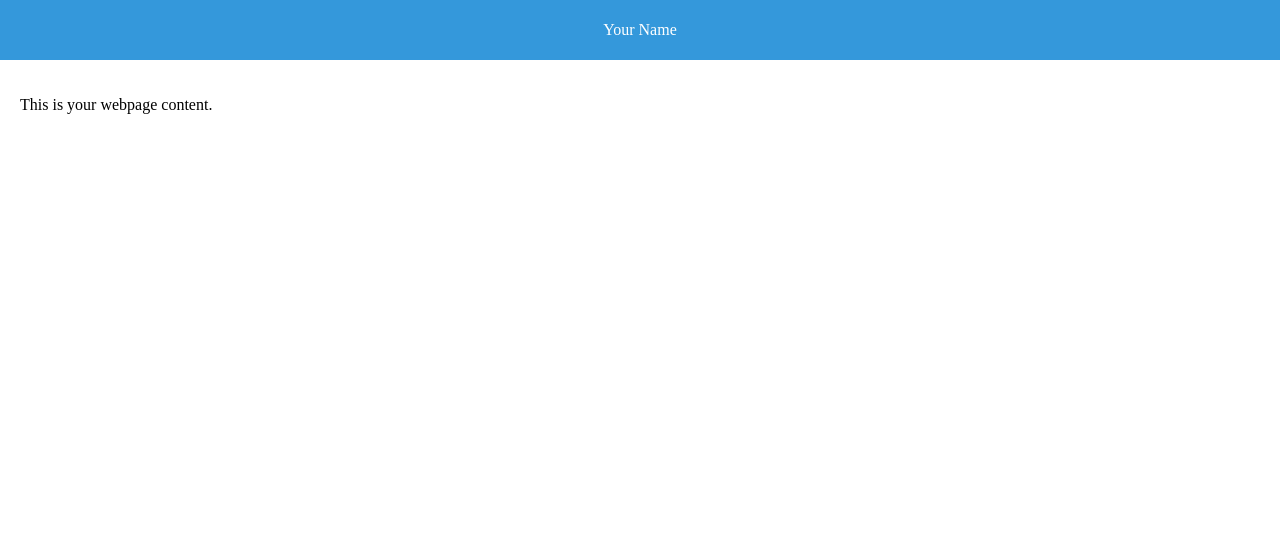
Repository: tianjiewang2022/tianjiewang2022.github.io
Page: index.html
These files come from the project's save history. The page is drawn as it stood at one moment and after the next save; the edit follows.
The browser window is 1280 px wide. The pictures show the whole page.

Above is the page before, as saved 2023-10-01 21:52:20.

After the next save:
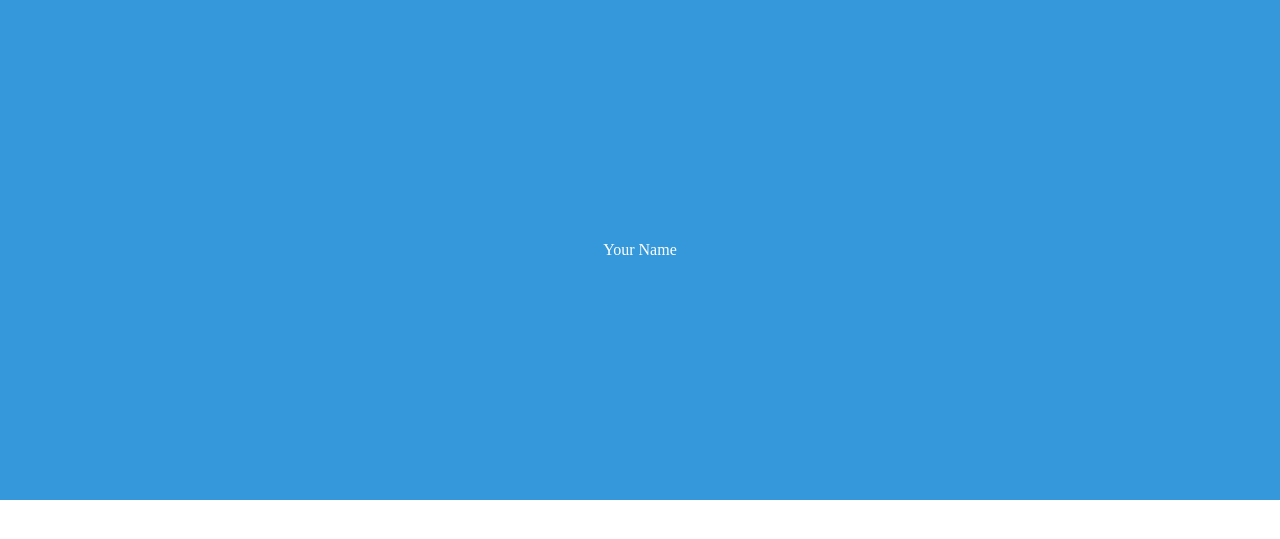
Saved 30 s later.
--- a/index.html
+++ b/index.html
@@ -19,7 +19,7 @@
                 top: 0;
                 left: 0;
                 width: 100%;
-                height: 60px;
+                height: 500px;
                 /* Adjust the header height as needed */
                 display: flex;
                 align-items: center;
